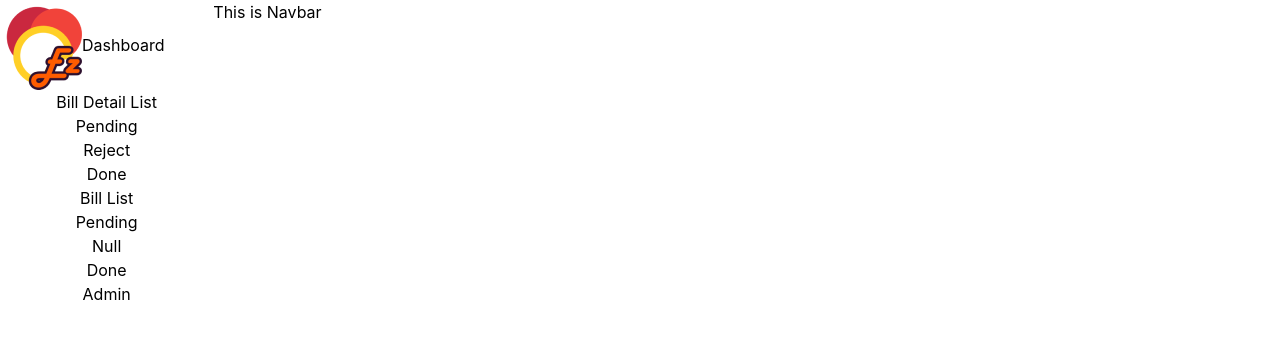
Repository: ntuan2502/mhhpm-admin
Page: /
The author's editor kept a copy of each file at every save. The page is drawn from the files as they stood at one save, then again after the next save.
The browser window is 1280 px wide. The pictures show the whole page.
The project was rebuilt for these pictures with package versions that can differ from the ones it lists, and the page was loaded fresh each time. The framework's server and built-in components were replaced by stand-ins that run in the browser. Also part of the build but not shown: next.config.js, components/Footer.js, styles/Home.module.css.

Above is the page before, as saved 2022-01-07 20:44:27.

After the next save:
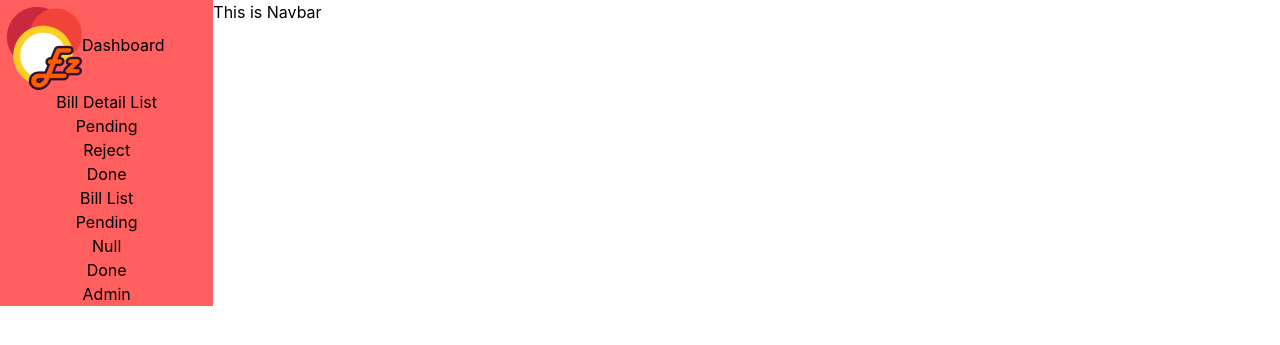
Saved 14 s later.
--- a/components/Sidebar.js
+++ b/components/Sidebar.js
@@ -3,7 +3,7 @@
 
 export default function Sidebar() {
 	return (
-		<div className="bg-[]">
+		<div className="bg-[#FF5F5F]">
 			<div className="flex items-center">
 				<Image src="/assets/images/Logo 1.png" width={82} height={90}></Image>
 				<div>Dashboard</div>
